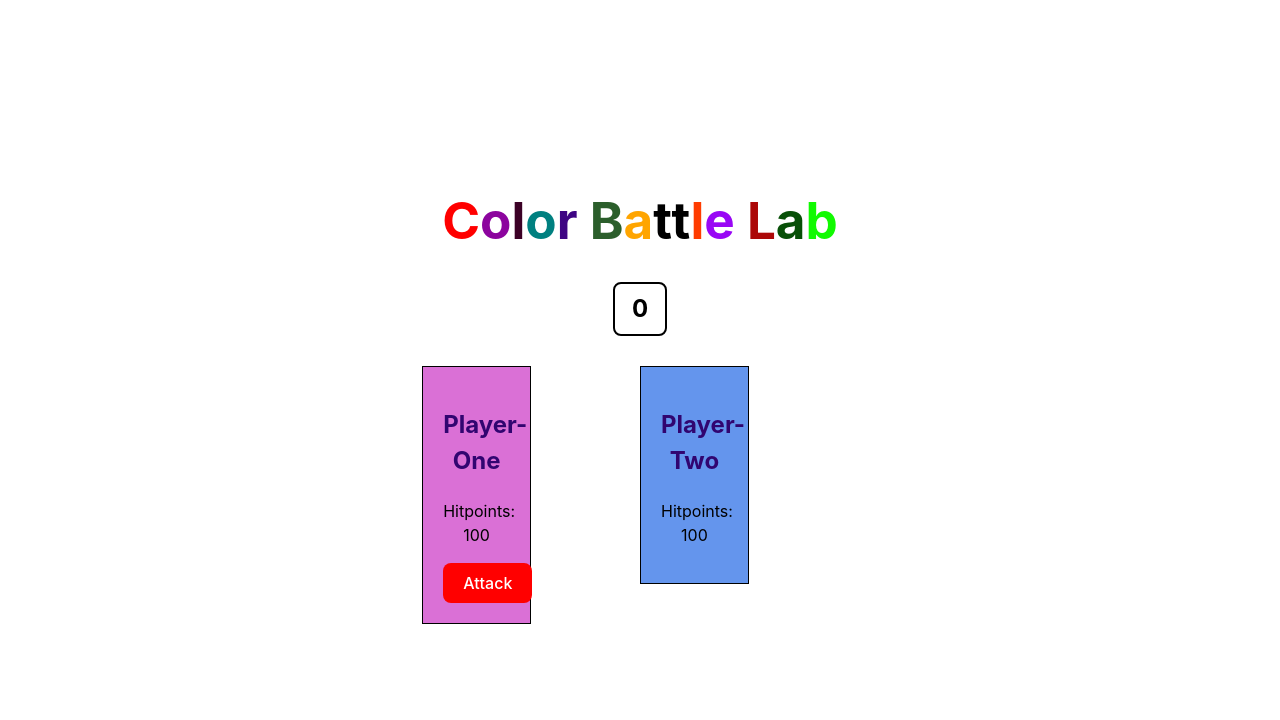
Repository: RAWdevX21/color-battle_lab-build
Page: /
These files come from the project's save history. The page is drawn as it stood at one moment and after the next save; the edit follows.
The browser window is 1280 px wide. The pictures show the whole page.
The project was rebuilt for these pictures with package versions that can differ from the ones it lists, and the page was loaded fresh each time. Also part of the build but not shown: vite.config.js.

Above is the page before, as saved 2023-08-17 02:37:38.

After the next save:
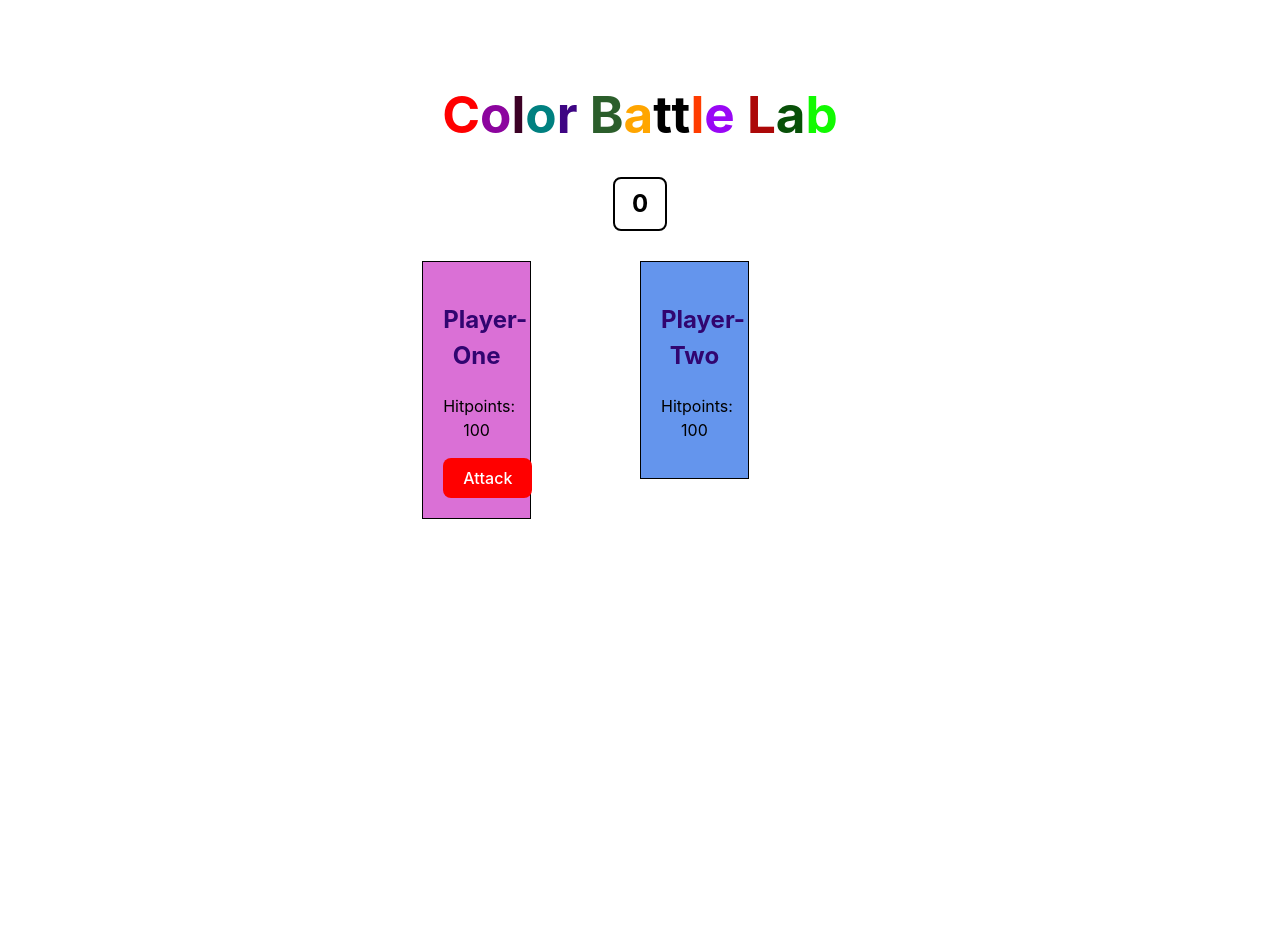
Saved 13 s later.
--- a/src/App.css
+++ b/src/App.css
@@ -15,6 +15,6 @@
 
 .player-wrapper {
     flex: 1; /* This will make each player-wrapper take up equal space */
-    height: calc(10vh * 3); /* This will make each player-wrapper three times its current length */
+    height: calc(30vh * 3); /* This will make each player-wrapper three times its current length */
     box-sizing: border-box; /* This ensures padding and border are included in the width */
 }

After the save that followed:
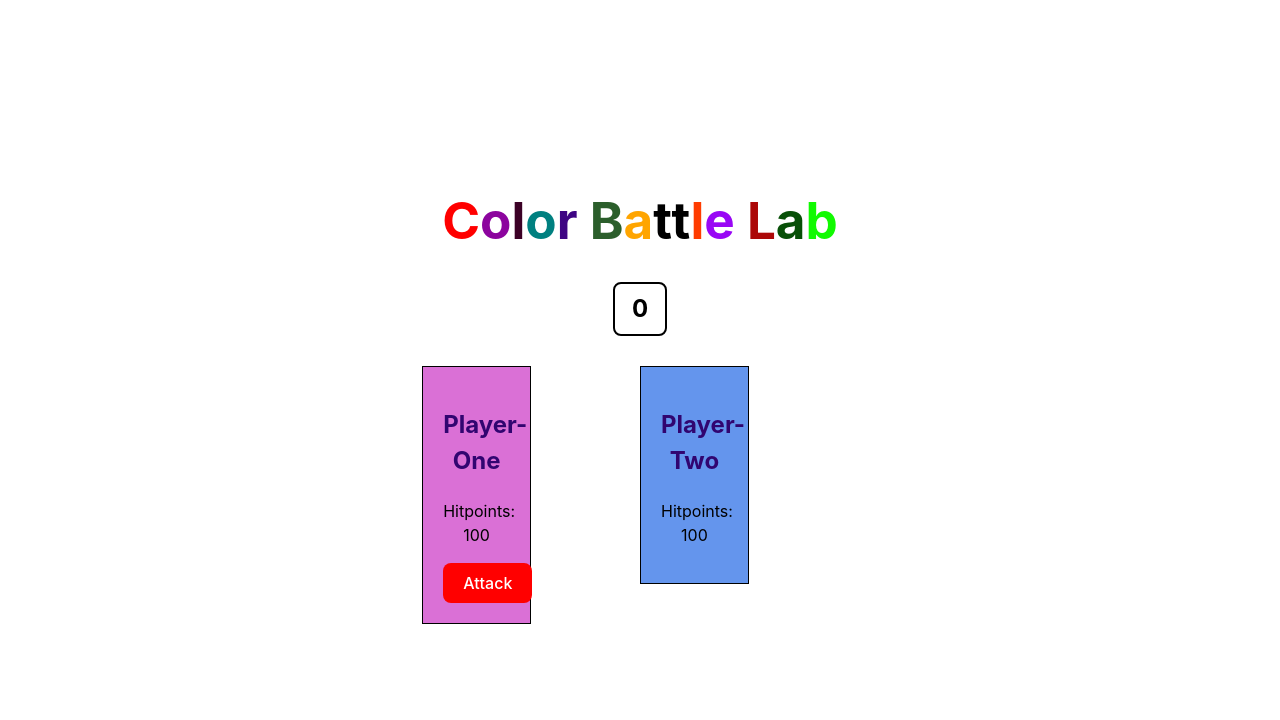
Saved 21 s later.
--- a/src/App.css
+++ b/src/App.css
@@ -15,6 +15,6 @@
 
 .player-wrapper {
     flex: 1; /* This will make each player-wrapper take up equal space */
-    height: calc(30vh * 3); /* This will make each player-wrapper three times its current length */
+    height: 30vh; /* This will make each player-wrapper three times its current length */
     box-sizing: border-box; /* This ensures padding and border are included in the width */
 }
